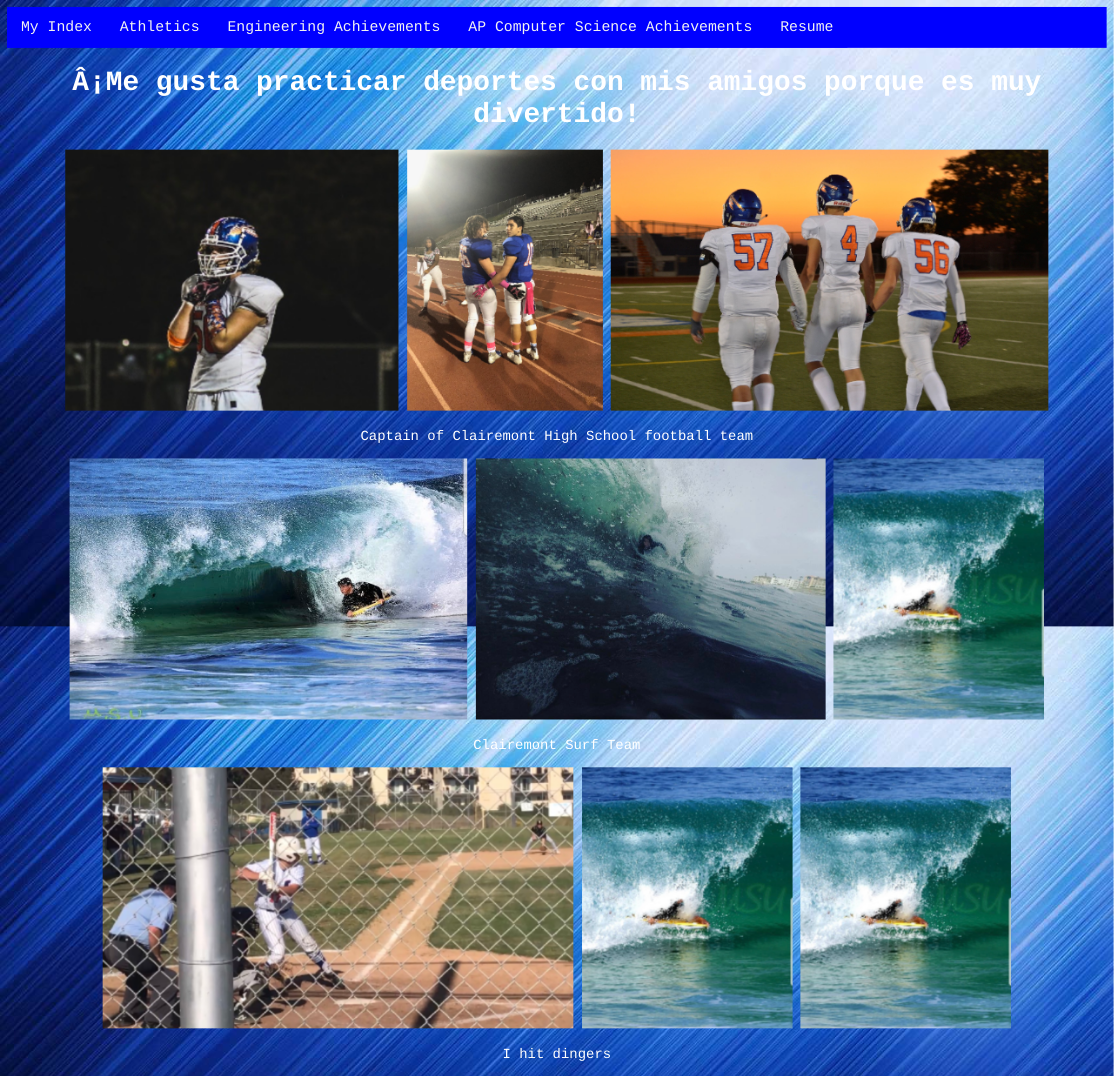
Repository: jacobsirois/jacobsirois.github.io
Page: athletics.html
The author's editor kept a record of every edit. The page is drawn from the files as they stood at one moment, then again after the next edit.
The browser window is 1280 px wide. The pictures show the whole page, at 87% of full size.
Backgrounds fixed to the window are drawn as part of the page.

Above is the page before.
Not found: index.css

### athletics.html
<html>
<head>
</head>
<body>

<title>
"About Me"
<meta charset="utf-8">
</title>
<link href="index.css" rel="stylesheet" type="text/css">
<meta name="viewport" content="width=device-width, initial-scale=1">
<link rel="stylesheet" href="https://cdnjs.cloudflare.com/ajax/libs/font-awesome/4.7.0/css/font-awesome.min.css">

<style>
body {
  font-family: courier;
}

.topnav {
  overflow: hidden;
  background-color: blue;
}

.topnav a {
  float: left;
  display: block;
  background-color: blue;
  color: #f2f2f2;
  text-align: center;
  padding: 14px 16px;
  text-decoration: none;
  font-size: 17px;
}

.topnav a:hover {
  background-color: #ddd;
  color: black;
}

.active {
  background-color: #ff66a3;
  color: white;
}

.topnav .icon {
  display: none;
}

@media screen and (max-width: 600px) {
  .topnav a:not(:first-child) {display: none;}
  .topnav a.icon {
    float: right;
    display: block;
  }
}

@media screen and (max-width: 600px) {
  .topnav.responsive {position: relative;}
  .topnav.responsive .icon {
    position: absolute;
    right: 0;
    top: 0;
  }
  .topnav.responsive a {
    float: none;
    display: block;
    text-align: left;
  }
}
</style>

<div class="topnav" id="myTopnav">
  <a href="index.html" class="active">My Index</a>
  <a href="athletics.html">Athletics</a>
  <a href="engineering.html">Engineering Achievements</a>
  <a href="compsci.html">AP Computer Science Achievements</a>
  <a href="resume.html">Resume</a>
  <a href="javascript:void(0);" class="icon" onclick="myFunction()">
    <i class="fa fa-bars"></i>
  </a>
</div>

<script>
function myFunction() {
    var x = document.getElementById("myTopnav");
    if (x.className === "topnav") {
        x.className += " responsive";
    } else {
        x.className = "topnav";
    }
}
</script>

<style>
body {
  background-image: url('anotha background.jpg');
  background-repeat: no-repeat;
  background-attachment: fixed;
  background-size: 100% 100%;
}
</style>
<center>
<h1 style="color:White;">¡Me gusta practicar deportes con mis amigos porque es muy divertido!</h1>

<img src="images/football.jpg" alt="my avatar">
<img src="images/aaaa.jpg" alt="my avatar">
<img src="images/aaaaa.jpg" alt="my avatar">
<p style="color:White;">Captain of Clairemont High School football team</p>
<img src="images/ab.jpg" alt="my avatar">
<img src="images/abb.jpg" alt="my avatar">
<img src="images/gnar.jpg" alt="my avatar">
<p style="color:White;">Clairemont Surf Team</p>
<img src="images/baseball.jpg" alt="my avatar">
<img src="images/gnar.jpg" alt="my avatar">
<img src="images/gnar.jpg" alt="my avatar">
<p style="color:White;">I hit dingers</p>
<center/>
</body>
</html>

After the next edit:
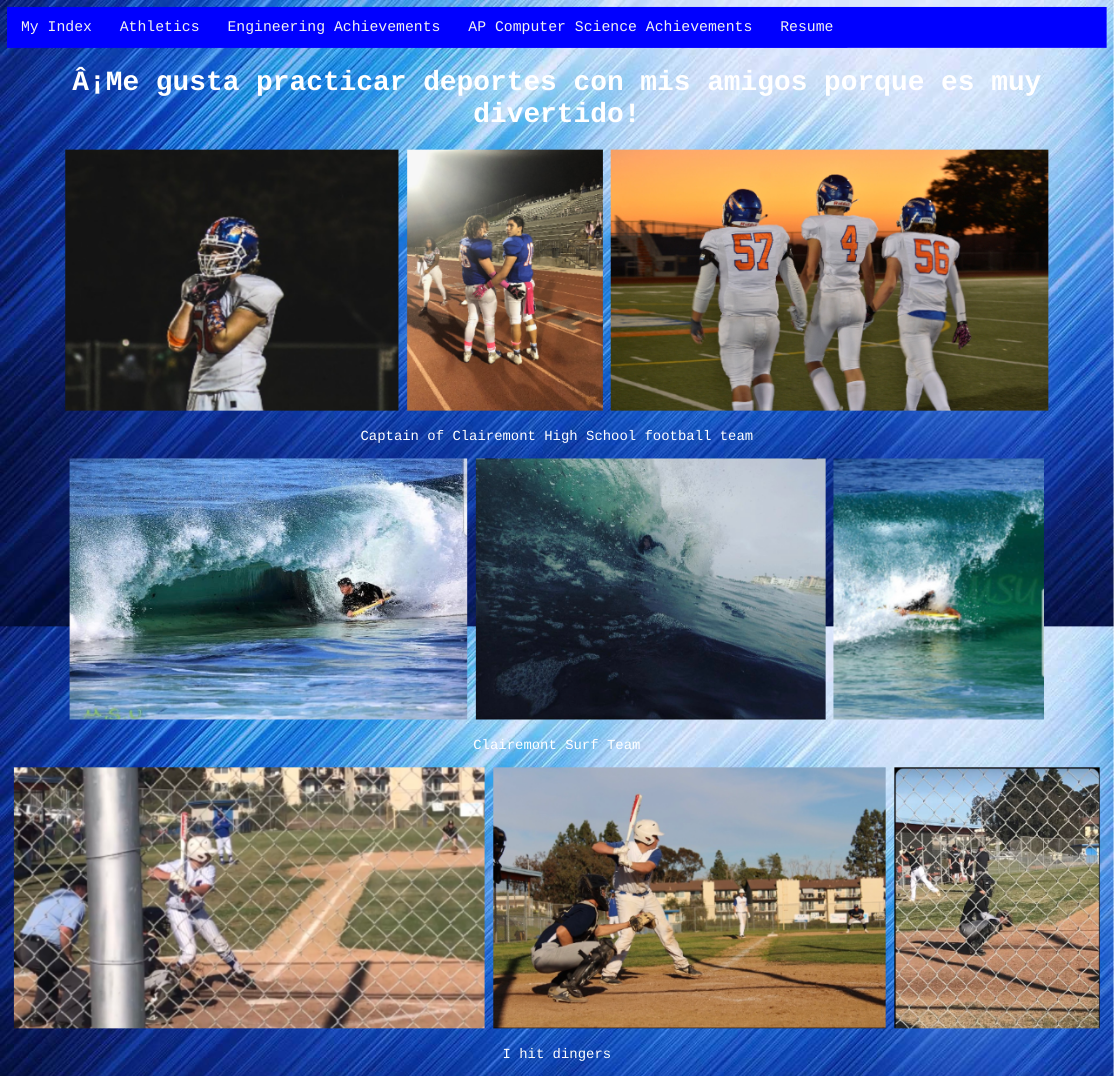
The edit:
--- a/athletics.html
+++ b/athletics.html
@@ -111,8 +111,8 @@
 <img src="images/gnar.jpg" alt="my avatar">
 <p style="color:White;">Clairemont Surf Team</p>
 <img src="images/baseball.jpg" alt="my avatar">
-<img src="images/gnar.jpg" alt="my avatar">
-<img src="images/gnar.jpg" alt="my avatar">
+<img src="images/abbb.jpg" alt="my avatar">
+<img src="images/abc.jpg" alt="my avatar">
 <p style="color:White;">I hit dingers</p>
 <center/>
 </body>
